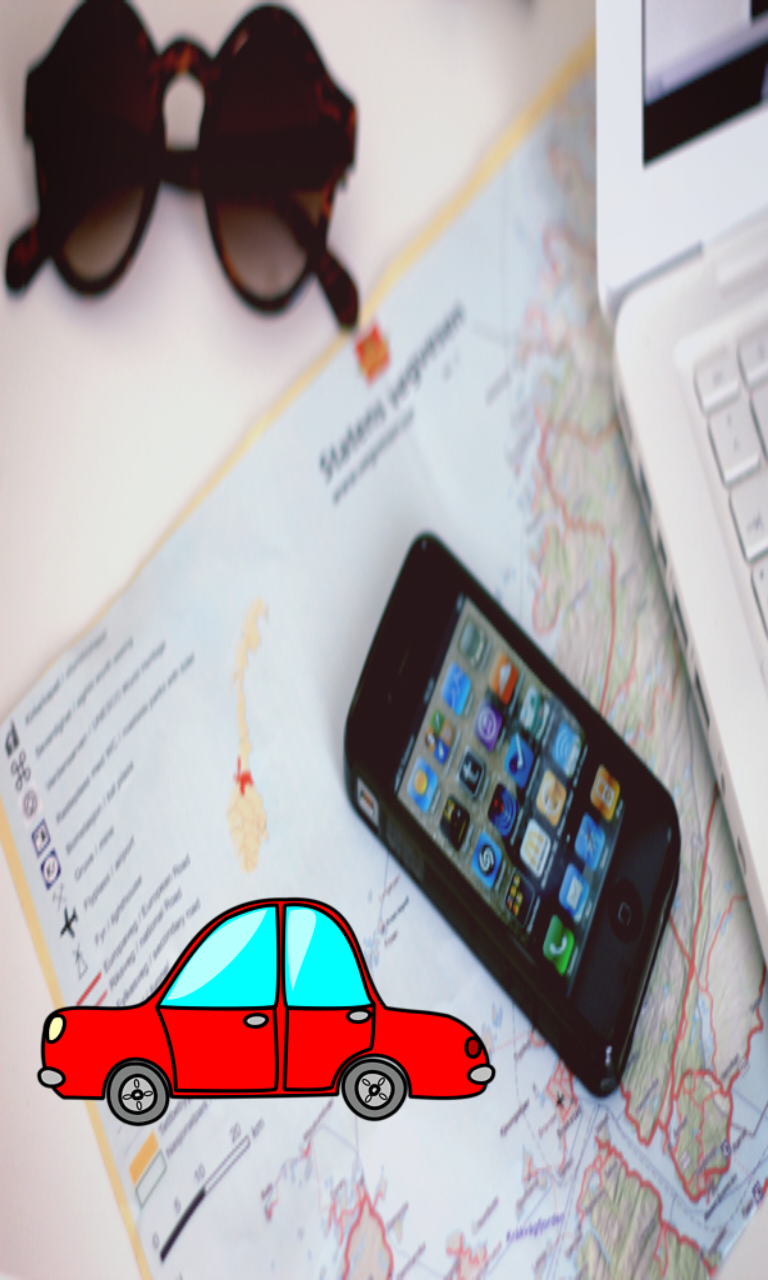
Repository: prernanain27/Android-Travel-Project
Layout: Itravel/res/layout/activity_itravel.xml
These files come from the project's save history. The layout is drawn as it stood at one moment and after the next save; the edit follows.
It is drawn on a 768 x 1280 px phone screen (xhdpi) without system bars, with theme AppTheme; the app's code is not run.

Above is the layout before, as saved 2013-09-20 19:07:17.

After the next save:
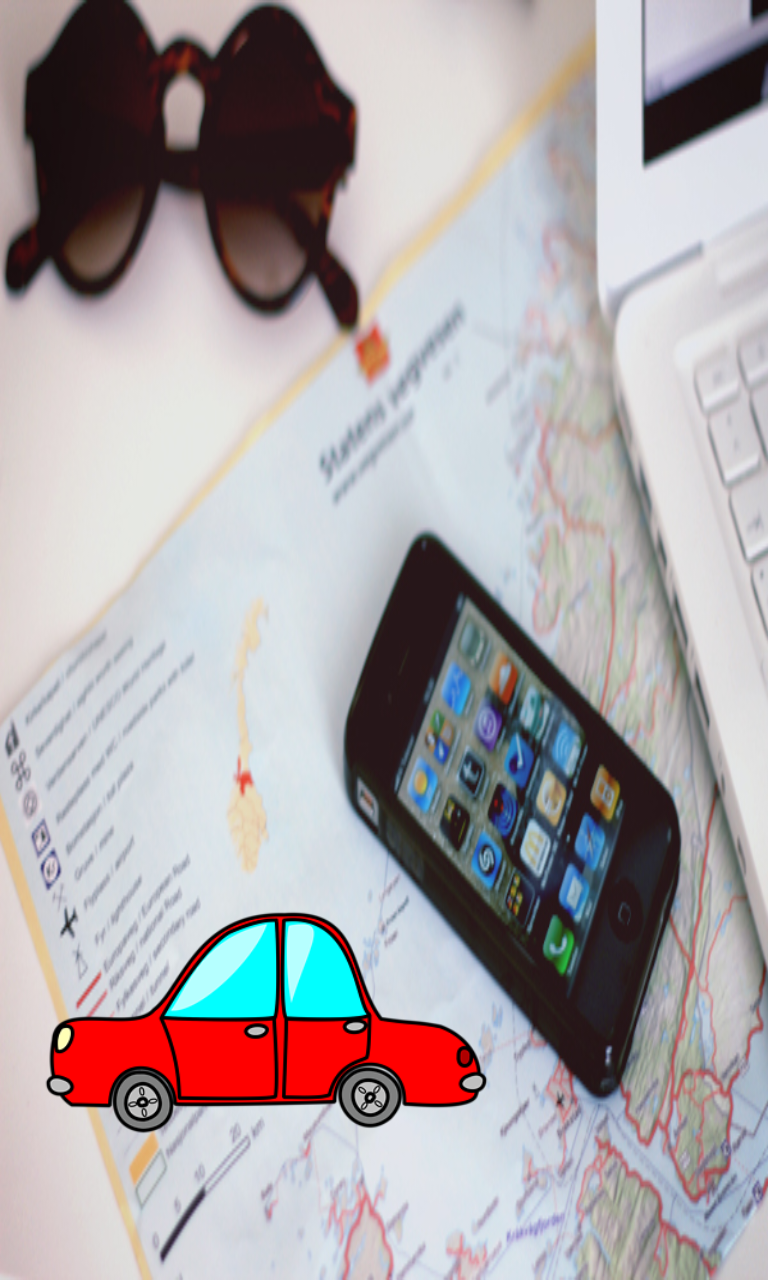
Saved 8 s later.
--- a/Itravel/res/layout/activity_itravel.xml
+++ b/Itravel/res/layout/activity_itravel.xml
@@ -10,7 +10,7 @@
     android:layout_width="wrap_content"
     android:layout_height="wrap_content"
     android:src="@drawable/car"
-    android:layout_marginTop="390dp"
+    android:layout_marginTop="400dp"
     />
 
 </LinearLayout>
